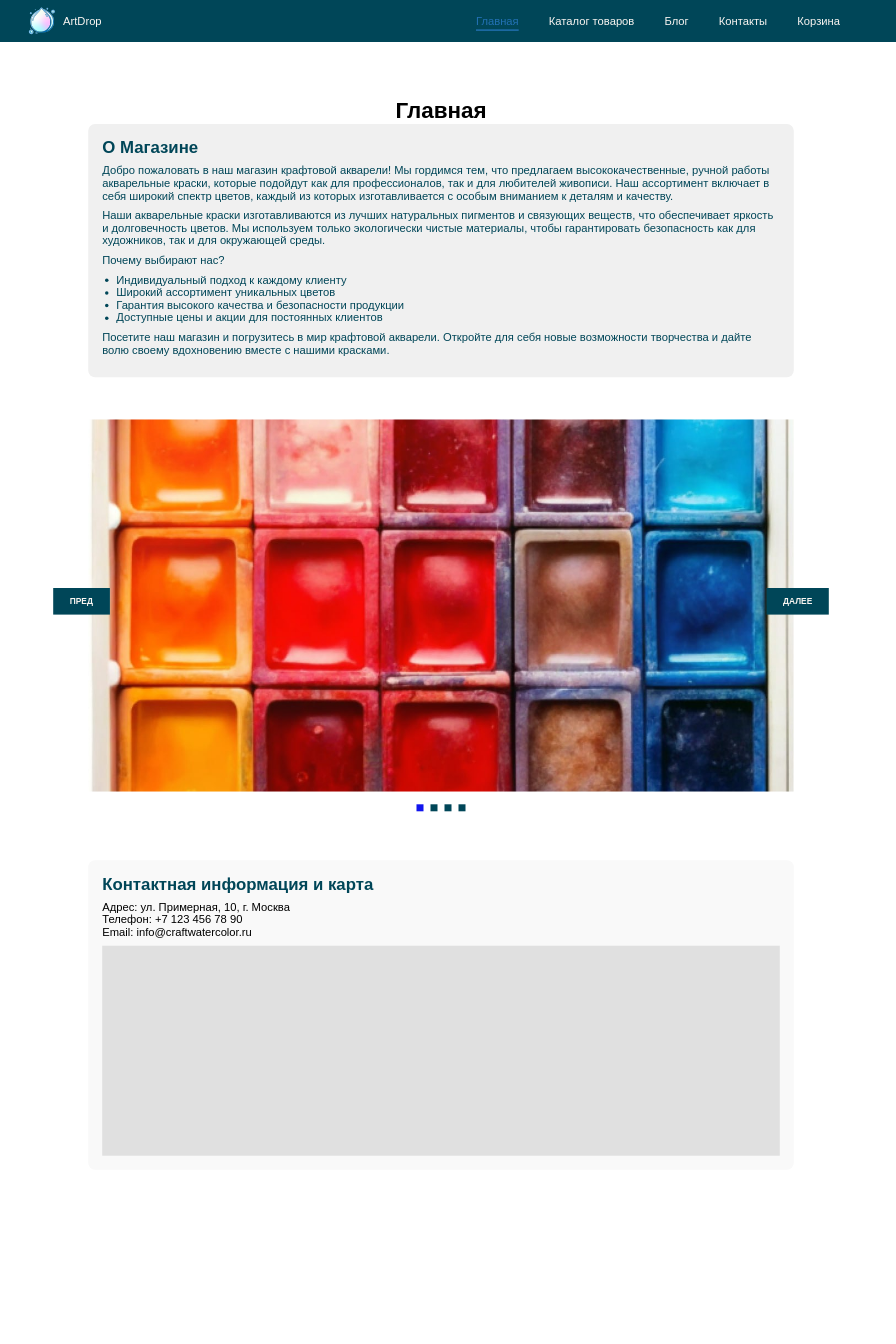
Repository: mnats725/art-drop
Page: index.html
An editor plug-in stored every save of this project. The page is shown before and after a run of saves, followed by the edit.
The browser window is 1280 px wide. The pictures show the part of the page from y = 0 to 1920 px (the page is 2591 px tall), at 70% of full size.

Above is the page before, as saved 2024-05-21 00:31:18.

After the next 5 saves:
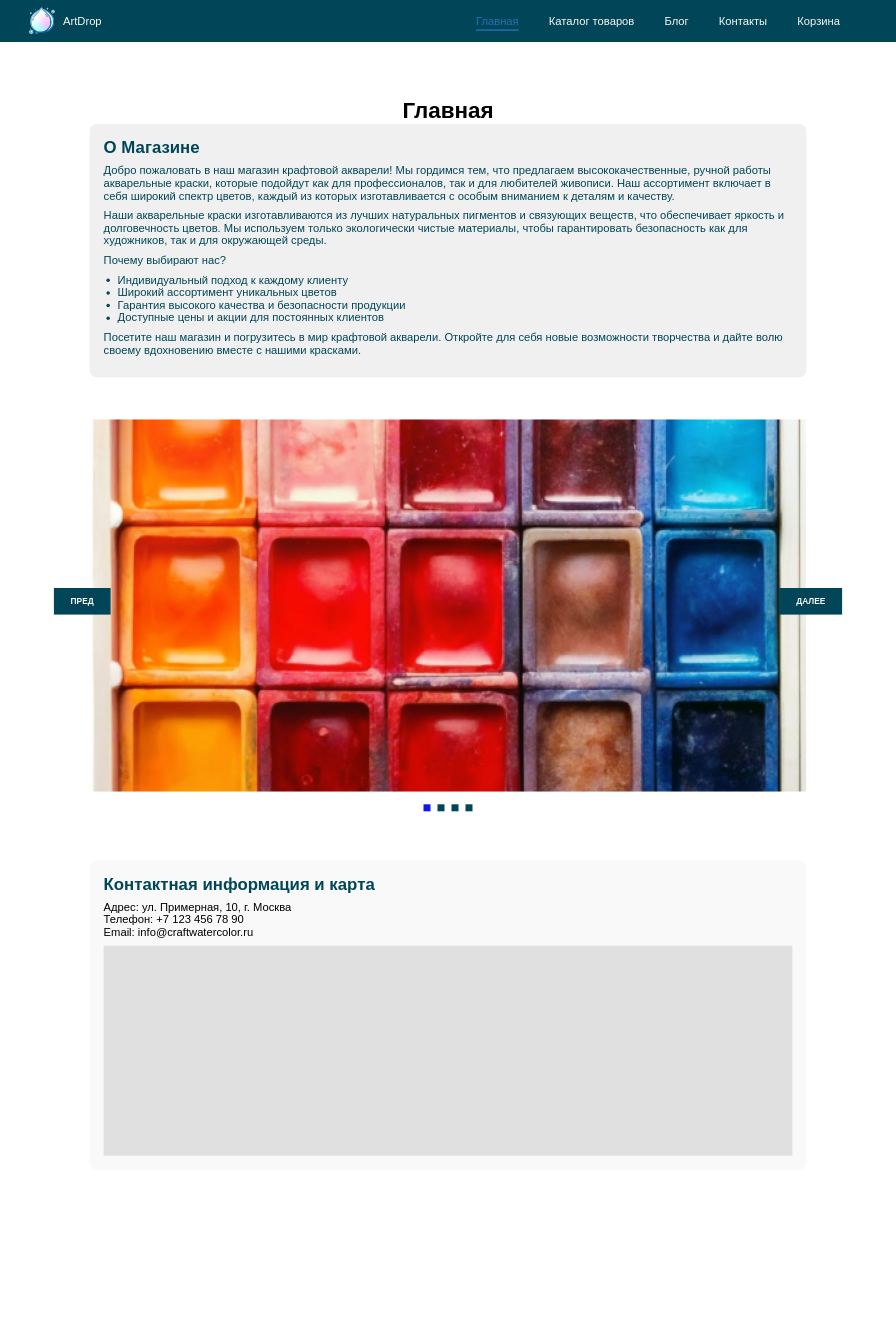
The 5 saves are shown as one change because they came seconds apart.
The last was saved 12 s later.
--- a/css/content.css
+++ b/css/content.css
@@ -1,9 +1,7 @@
 .content {
   padding-top: 80px;
   padding-bottom: 80px;
-
   margin: 0 auto;
-  padding-right: 20px;
 }
 
 .content-title {
